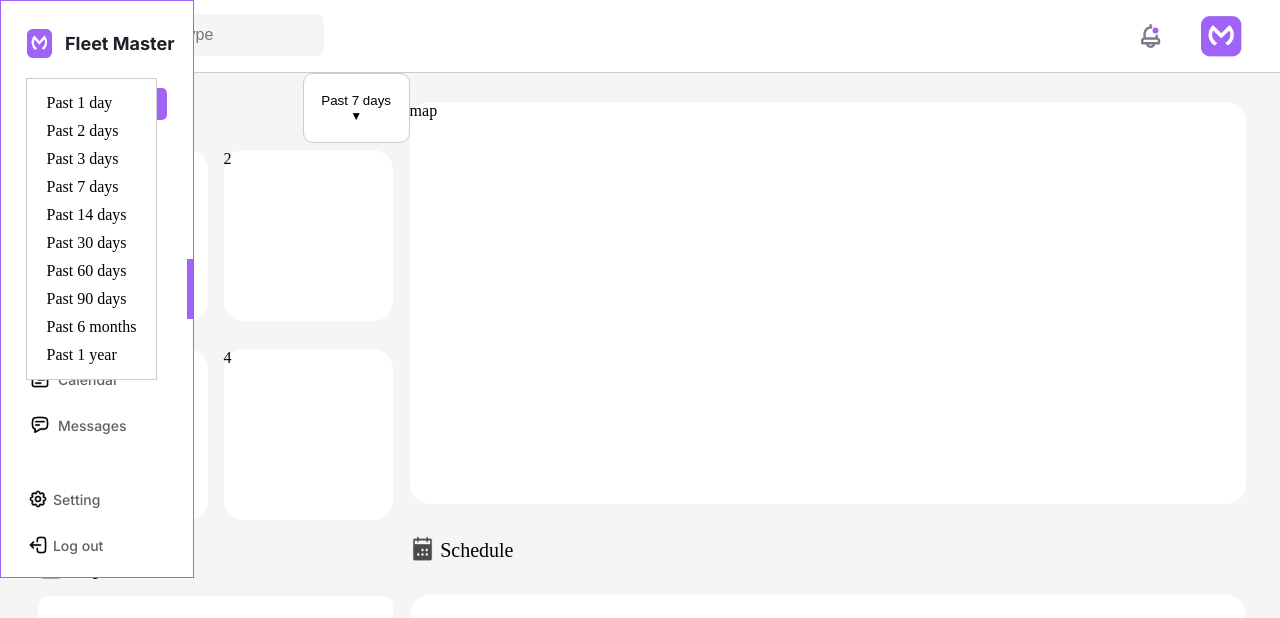
Repository: Designvioux/Car_Managment_System
Page: /, after clicking the first element matching `button.dropdown-button`
An editor plug-in stored every save of this project. The page is shown before and after the next save, followed by the edit.
The browser window is 1280 px wide. The pictures show the whole page.
An inner scrolling area shows only its first screen. The project was rebuilt for these pictures with package versions that can differ from the ones it lists, and the page was loaded fresh each time. Also part of the build but not shown: vite.config.js.

Above is the page before, as saved 2025-05-25 21:11:21.

### index.html
<!doctype html>
<html lang="en">
  <head>
    <meta charset="UTF-8" />
    <link rel="icon" type="image/svg+xml" href="./src/Components/Images/logo.png" />
    <meta name="viewport" content="width=device-width, initial-scale=1.0" />
    <title>Fleet Master</title>
  </head>
  <body>
    <div id="root"></div>
    <script type="module" src="/src/main.jsx"></script>
  </body>
</html>

### src/App.jsx
import { useState } from 'react'

import './App.css'
import { BrowserRouter as Router, Routes ,Route } from 'react-router-dom'

import Main from './Components/MainLayout'
import Home from './Components/Dashboard'


function App() {
  const [count, setCount] = useState(0)

  return (
    <Router>
<Routes>
<Route element={<Main/>}>
<Route path='/' element={<Home/>}/>

</Route>
</Routes>
    </Router>
  )
}

export default App

### src/App.css
html , body{
  margin: 0;
  padding: 0;
  overflow-x: hidden;
  background-color: #F5F5F5;

}

### src/Components/MainLayout.jsx
import React from 'react';
import Dashboard from './DashboardNavbar';
import './CSS/Home.css';
import Search from './Search-top';
import { Outlet } from 'react-router-dom';
const Main = () => {
  return (
    <div className='Main-Container'>
      <div className='dashboard-wrapper'>
        <Dashboard />
      </div>

     <div className='D-MainContent'>
        <div className='search-top'>
          <Search />
        </div>
        {/*here are page components  like home , About ,contact etc are  inserted*/}
<div className='Page-Components'>
  <Outlet/>
</div>
</div>

      </div>

  );
};

export default Main;

### src/Components/Dashboard.jsx
import React , {useState , useRef,useEffect} from 'react';

import './CSS/Home.css';

import stts from './icons/chart-bar-fill.png';
import trip from './icons/list-dashes-fill.png'
import calendar from  './icons/calendar-dots-fill.png'

const Home = () => {

const [isOpen , setIsOpen] = useState(false);
const [selected , setSelected] = useState("Past 7 days")

const dropdownRef= useRef();
  const options = [
    "Past 1 day",
    "Past 2 days",
    "Past 3 days",
    "Past 7 days",
    "Past 14 days",
    "Past 30 days",
    "Past 60 days",
    "Past 90 days",
    "Past 6 months",
    "Past 1 year",
  ];

  const toogleDropdown = () => setIsOpen(prev => !prev);
  const handleSelect = (value) => {
    setSelected(value);
    setIsOpen(false);
  };

  useEffect(() => {
    const handleClickOutside = (e) => {
      if (dropdownRef.current && !dropdownRef.current.contains(e.target)) {
        setIsOpen(false);
      }
    };
    document.addEventListener("mousedown", handleClickOutside);
    return () => document.removeEventListener("mousedown", handleClickOutside);
  }, []);

  return (
    <div className='Dashboard-Container'>


      <div className='main-content'>

        <div className='bottom-cont'>

     <div className='D-heading' ref={dropdownRef}>
      <div className='Stats-head'>

      <h2 className='s-heading'>      <img src={stts} className='sub-icons'></img> Statictics Overview
      </h2>
      <button className='dropdown-button' onClick={toogleDropdown}>  {selected} <span className={`arrow ${isOpen ? "open" : ""}`}>▼</span></button>
      {isOpen && (
        <div className='dropdown-menu'>
          {options.map((option)=>(
            <div
            key={option}
            className='dropdown-item'
            onClick={() => handleSelect(option)}
            >{option}
              </div>
          ))}
        </div>
      )}
      </div>
          <div className='H-left'>

            <div className='Statictics-container'>1</div>
            <div className='Trips-container'>2</div>
            <div className='Statictics-container'>3</div>
            <div className='Trips-container'>4</div>

          </div>
          <div className='Trips-Container'>
          <h2 className='s-heading'>  <img className='sub-icons' src={trip}></img> Trips </h2>
          <div className='Trips-box'>

          </div>

          </div>
          </div>

          <div className='right-side'>
            <div className='Map-container'>map</div>
            <h2 className='s-heading'><img src={calendar} className='sub-icons'></img> Schedule</h2>
            <div className='Schedule-container'></div>
            <div className='CarDriverAva-container'><h2> Car and Driver Availablity</h2></div>

          </div>
        </div>
      </div>
    </div>
  );
};

export default Home;

### src/Components/DashboardNavbar.jsx
import React from 'react'
import "./CSS/DashboardNavbar.css"
import Dboard from './icons/dashboard icon.png'
import Assets from './icons/wheel.png';
import Booking from  './icons/car.png';
import Car from './icons/shop.png';
import BCar from './icons/cart.png';
import Services from './icons/Line.png';
import Calendar from './icons/calendar.png';
import Msg from './icons/msg.png';
import Setting from './icons/setting.png';
import Logout from './icons/logout.png';
import logo from './Images/logo.png'
const Dashboard = () => {

  return (
    <>
  <div className='Hamburger-Container'>
   <div className='left-hamburger'>
   <div className='Logo'><img src={logo} className='logo-img' alt="logo"/><p>Fleet Master</p></div>
    <ul>
       <li><a className='d-board'><img src={Dboard} ></img>Dashboard</a></li>
      <li className='d-list'> <img src={Assets} className='d-icon'></img><a>Assets</a></li>
      <li className='d-list'><img src={Booking} className='d-icon'></img><a>Booking</a></li>
      <li className='d-list'><img src={Car}className='d-icon'></img><a>Sell Cars</a></li>
      <li className='d-list'><img src={BCar} className='d-icon'></img><a>Buy Cars</a></li>
      <li className='d-list'><img src={Services}className='d-icon'></img><a>Services</a></li>
      <li className='d-list'><img src={Calendar}className='d-icon'></img><a>Calendar</a></li>
      <li className='d-list'><img src={Msg}className='d-icon'></img><a>Messages</a></li>
      </ul>




   </div>
   <div className='last-content'>
    <ul>
     <li className='d-list'><img src={Setting} className='l-icon'></img><a>Setting</a></li>
     <li className='d-list'><img src={Logout}className='l-icon'></img>  <a>Log out</a></li>
      </ul>

      </div>

   </div>

      </>

  )


}

export default Dashboard;

### src/Components/CSS/Home.css
 .Dashboard-Container{
  margin: 0;
top: 0;
background-color: #F5F5F5;
height:auto;

display: flex;
flex-direction: column;





}

.Dashboard-left{
  display: flex;
  flex-direction: row;

}

.right-side{
  display: flex;
  flex-wrap: wrap;
  width: 70vw;
  background-color: #F5F5F5;
  height: 90vh;

  padding: 2vh 0vw;
  box-sizing: border-box;



}

.D-heading{
  display: flex;
 flex-direction: column;
  width: 30%;
  background-color: #F5F5F5;
height: auto;
position: relative;
display: inline-block;

  box-sizing: border-box;

}
.D-heading h2{
  margin: 2vh 0vw 1vh 1vw ;
}

.H-left {
  display: flex;
  flex-wrap: wrap;
  width: 100%;
  background-color: #F5F5F5;
  height: 55vh;
  gap: 16px;
  padding: 1vh 1vw;
  box-sizing: border-box;



}


.search-top{



  border-bottom: 1px solid #ccc;

}

.sub-icons{
  height: 4vh;
  width: 2vw;
}
.s-heading{
  display: flex;
  align-items: center;
  color: #000;
  gap: 5px;

font-family: "DM Sans";
font-size: 20px;
font-style: normal;
font-weight: 500;
line-height: 24px; /* 120% */
}

.Statictics-container,
.Trips-container {
  background-color: #fff;
  width: calc(50% - 10px);

  height: 45%;
  box-sizing: border-box;
  border-radius: 20px;
}

.Map-container,
.Schedule-container {
  background-color: #fff;
  width: calc(100% - 60px);
 border-radius: 20px;
  height: 65%;
  box-sizing: border-box;
  margin: 2vh 0vw ;

}
.CarDriverAva-container{
  background-color: #fff;
  width: calc(100% - 60px);
 border-radius: 20px;
  height:45%;
  box-sizing: border-box;


}




.bottom-cont{
  display: flex;
  flex-direction: row;



}




.D-MainContent{
  margin-left:2vw;

  height: auto;
  width: 100vw;


}

.Page-Components{
width: 100vw;

height: auto;

}


.Main-Container {

  height: 100vh;
  width: 100vw;
  overflow: hidden;
  display: flex;
  overflow-y: auto;  /* Make it scrollable vertically */
  overflow-x: hidden; /* Optional, hide horizontal scroll */

}



.dashboard-wrapper {
  width: 2vw; /* collapsed width */
  transition: width 0.3s ease;
  overflow: hidden;
  position: absolute;
  z-index: 10;
  border: 1px solid #A162F7;
}

.dashboard-wrapper:hover {
  width: 15vw; /* expanded width */
}

/* Add this if you want a hover-tab always visible */
.dashboard-wrapper::after {
  content: '';
  position: absolute;
  top: 50%;
  right: 0;
  transform: translateY(-50%);
  width: 6px;
  height: 60px;
  background: var(--primary-purple, #A162F7);
  cursor: pointer;

}

.Trips-container{
  display: flex;
  flex-direction: column;
}

.Trips-box{
  width: calc(95% - 10px);
  height: 100vh;
  background-color: #fff;

  margin: 2vh 1vw;
  border-radius:10px ;
}






.dropdown-button {

  background-color: #fff;
  border: 1px solid #ccc;
  cursor: pointer;
 border-radius:10px ;
  padding: 0.5vh 1vw;
}

.dropdown-menu {
  position: absolute;
  background: white;
  border: 1px solid #ccc;
  z-index: 100;
  padding: 10px;
  margin-top: 5px;
}

.dropdown-item {
  padding: 5px 10px;
  cursor: pointer;
}

.dropdown-item:hover {
  background-color: #f0f0f0;
}


.arrow {
  transition: transform 0.3s ease;
  font-size: 12px;
}

.arrow.open {
  transform: rotate(180deg);
}

.Stats-head{
  display:flex;
  flex-direction: row;
  gap:7vw;
}

### src/Components/Search-top.jsx
import React from 'react'
import './CSS/Search.css'
import fleet from './Images/logo.png'

const Search =()=>{

  return(


  <div className='search-bar'>
<div className="left-bar">
  <div className="search-sec">
  <svg xmlns="http://www.w3.org/2000/svg" width="20" height="20" viewBox="0 0 20 20" fill="none" className='search-icon'>
<path d="M19.7192 18.3126L16.0114 14.6326C17.4506 12.837 18.1476 10.5578 17.959 8.26385C17.7705 5.96985 16.7106 3.83533 14.9975 2.2992C13.2844 0.763058 11.0481 -0.0579377 8.74862 0.00502273C6.44911 0.0679831 4.26109 1.01011 2.63448 2.63769C1.00786 4.26527 0.066292 6.45459 0.00336896 8.75548C-0.059554 11.0564 0.760954 13.2939 2.29618 15.0081C3.83141 16.7222 5.96466 17.7827 8.25729 17.9714C10.5499 18.1601 12.8277 17.4627 14.6222 16.0226L18.3 19.7026C18.3929 19.7963 18.5035 19.8707 18.6253 19.9214C18.747 19.9722 18.8777 19.9984 19.0096 19.9984C19.1415 19.9984 19.2722 19.9722 19.3939 19.9214C19.5157 19.8707 19.6263 19.7963 19.7192 19.7026C19.8993 19.5161 20 19.2669 20 19.0076C20 18.7482 19.8993 18.499 19.7192 18.3126ZM9.01554 16.0226C7.63189 16.0226 6.27932 15.612 5.12886 14.8428C3.9784 14.0737 3.08172 12.9804 2.55223 11.7013C2.02273 10.4223 1.88419 9.01479 2.15412 7.65692C2.42406 6.29905 3.09035 5.05177 4.06873 4.0728C5.04712 3.09384 6.29366 2.42715 7.65072 2.15706C9.00778 1.88696 10.4144 2.02558 11.6927 2.5554C12.9711 3.08521 14.0637 3.98242 14.8324 5.13356C15.6011 6.2847 16.0114 7.63808 16.0114 9.02255C16.0114 10.8791 15.2743 12.6595 13.9623 13.9723C12.6504 15.2851 10.871 16.0226 9.01554 16.0226Z" fill="#7C7C8D"/>
</svg>
    <input
      type="search"
      placeholder="Search for a Type"
      className="search-input"
    />
  </div>
</div>

    <div className='right-cont'> <svg xmlns="http://www.w3.org/2000/svg" width="20" height="24" viewBox="0 0 20 24" fill="none">
<path d="M16.8 13.449V9.62358C16.7983 7.91915 16.1949 6.27033 15.0967 4.9691C13.9986 3.66788 12.4765 2.79823 10.8 2.51416V1.20295C10.8 0.883906 10.6736 0.577931 10.4485 0.352335C10.2235 0.126739 9.91826 0 9.6 0C9.28174 0 8.97651 0.126739 8.75147 0.352335C8.52643 0.577931 8.4 0.883906 8.4 1.20295V2.51416C6.72353 2.79823 5.20143 3.66788 4.10326 4.9691C3.0051 6.27033 2.40172 7.91915 2.4 9.62358V13.449C1.69974 13.6971 1.0932 14.1564 0.663526 14.7637C0.233854 15.371 0.00208741 16.0967 0 16.8413V19.2472C0 19.5662 0.126428 19.8722 0.351472 20.0978C0.576516 20.3234 0.88174 20.4501 1.2 20.4501H4.968C5.24434 21.4694 5.8476 22.3693 6.68471 23.0109C7.52183 23.6524 8.54627 24 9.6 24C10.6537 24 11.6782 23.6524 12.5153 23.0109C13.3524 22.3693 13.9557 21.4694 14.232 20.4501H18C18.3183 20.4501 18.6235 20.3234 18.8485 20.0978C19.0736 19.8722 19.2 19.5662 19.2 19.2472V16.8413C19.1979 16.0967 18.9661 15.371 18.5365 14.7637C18.1068 14.1564 17.5003 13.6971 16.8 13.449ZM4.8 9.62358C4.8 8.34741 5.30571 7.12351 6.20589 6.22113C7.10606 5.31874 8.32696 4.81179 9.6 4.81179C10.873 4.81179 12.0939 5.31874 12.9941 6.22113C13.8943 7.12351 14.4 8.34741 14.4 9.62358V13.2324H4.8V9.62358ZM9.6 21.6531C9.18117 21.6505 8.77029 21.5381 8.4082 21.3271C8.04611 21.1161 7.74541 20.8137 7.536 20.4501H11.664C11.4546 20.8137 11.1539 21.1161 10.7918 21.3271C10.4297 21.5381 10.0188 21.6505 9.6 21.6531ZM16.8 18.0442H2.4V16.8413C2.4 16.5222 2.52643 16.2162 2.75147 15.9906C2.97652 15.7651 3.28174 15.6383 3.6 15.6383H15.6C15.9183 15.6383 16.2235 15.7651 16.4485 15.9906C16.6736 16.2162 16.8 16.5222 16.8 16.8413V18.0442Z" fill="#7C7C8D"/>
<circle cx="14.5" cy="6.5" r="3.75" fill="#A162F7" stroke="white" strokeWidth="1.5"/>
</svg><img className='profile' src={fleet} alt="profile"></img></div>
  </div>

)
}
export default Search;

### src/Components/CSS/DashboardNavbar.css

@import url('https://fonts.googleapis.com/css2?family=Inter:wght@400;500;600;700&display=swap');



.Hamburger-Container {
  margin: 0;
  padding: 0;
  background-color: #fff; /* fixed from #ffff */
  font-family: "Inter";
  height: 80vh;
  width: 15vw;
  display: flex;
  flex-direction: column; /* vertical layout */

}
.Logo{
  display: flex;
  flex-direction: row;
  align-items: center;
  margin-left: 2vw;
  margin: 2vh 0vw 0vh 2vw;

}
.logo-img{

  display: flex;

  flex-direction: column;
  align-items: flex-start;
  gap: 10px;
  height: 4vh;
  width:2vw;


  border-radius: 6px;
background: var(--primary-purple, #A162F7);
}
.Logo p{

  margin-left: 1vw;
  display: flex;
  align-items: center;
  align-content: center;
  color: var(--gray-Dark, #1F2128);

font-size: 18px;
font-style: normal;
font-weight: 700;
line-height: normal;

}

.Hamburger-Container ul  {
  text-decoration: none;
 list-style: none;
 display: flex;
 flex-direction: column;
 gap: 2vh;

 padding: 0 2vw;

}

.Hamburger-Container ul li{

color: var(--gray-dark-2, #5F6165);
/* tittle/14 M */

font-size: 14px;
font-style: normal;
font-weight: 500;
line-height: normal;
display: flex;
flex-direction: row;
gap: 0.3vw;
}

.Hamburger-Container ul li a{
  display: flex;
  align-items: center;
}
.last-content  {
  display: flex;
  margin: 0;
  margin-top: auto; /* push this to the bottom */
  flex-direction: column;
}

.last-content ul li a{
display: flex;
align-items: center;

}
.d-icon{
  display: flex;
width: 20px;
height: 20px;
padding: 0vh 0.3vw;
justify-content: center;
align-items: center;

}
.l-icon{
  display: flex;
  width: 20px;
  height: 20px;
  padding: 0vh 0.1vw;
  justify-content: center;
  align-items: center;
}

.d-board{

background: #A162F7;
color: white;
padding: 0.8vh 0.5vw;
border-radius: 0.4vw;
color: #FFF;
gap: 0.5vw;
width: 80vw;
cursor: pointer;

font-family: "DM Sans";
font-size: 14px;
font-style: normal;
font-weight: 500;
line-height: normal;
}



.d-list {
  display: flex;
  align-items: center;
  gap: 10px;
  padding: 0.8vh 0vw;
cursor: pointer;
  border-radius: 5px;
  transition: all 0.3s ease;
}

.d-list .l-icon,
.d-list .d-icon {
  width: 20px;
  height: 20px;
  filter: brightness(0) saturate(100%); /* Initial black */
  transition: filter 0.3s ease;
}

.d-list:hover {
  background-color: #A162F7;
  color: white;
  cursor: pointer;
}

.d-list:hover .l-icon,
.d-list:hover .d-icon {
  filter: invert(1) brightness(1000%); /* Turns icon white */
}

### src/Components/CSS/Search.css
.search-bar{
  height: 10vh;
  background-color: #ffff;
  display: flex;
  flex-direction: row;
  margin-left: 0.2vw;
  border-radius: 5px;


}

.right-cont{
  display: flex;
margin-left: auto;
  gap: 40px;
align-items: center;

  margin-right: 5%;

}


.left-bar{
  margin: 2vh;
}

.search-sec {
  display: flex;
  align-items: center;
  background: #f5f4f6;
  border-radius: 8px;
  padding: 1.5vh 1vw;
width: 20vw;
  gap: 10px;
}

.search-icon {
  flex-shrink: 0;
  fill: var(--gray-dark-4, #7C7C8D);
  width: 20px;
height: 19.997px;
cursor: pointer;
}

.search-input {
  border: none;
  outline: none;
  background: transparent;
  font-size: 16px;
  width: 100%;
}

Loaded but not shown: src/main.jsx (common file); src/index.css (no stored copy; drawn as an empty file)

After the next save:
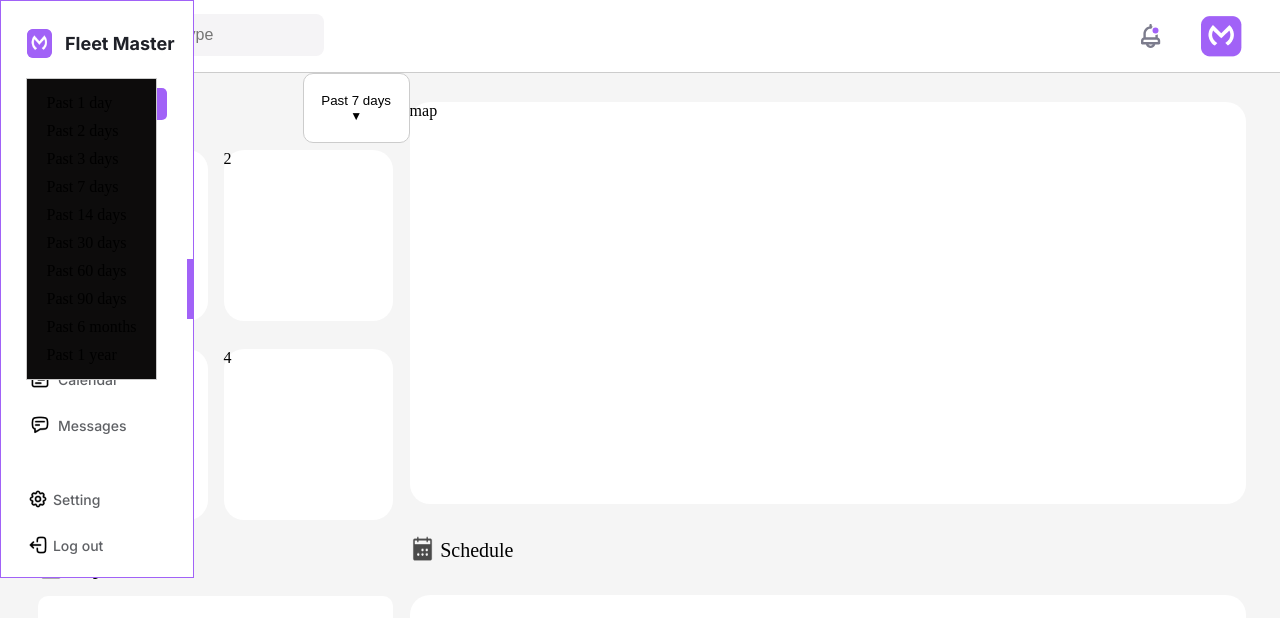
Saved 11 s later.
--- a/src/Components/CSS/Home.css
+++ b/src/Components/CSS/Home.css
@@ -220,7 +220,7 @@
 
 .dropdown-menu {
   position: absolute;
-  background: white;
+  background: rgb(13, 12, 12);
   border: 1px solid #ccc;
   z-index: 100;
   padding: 10px;

After the save that followed:
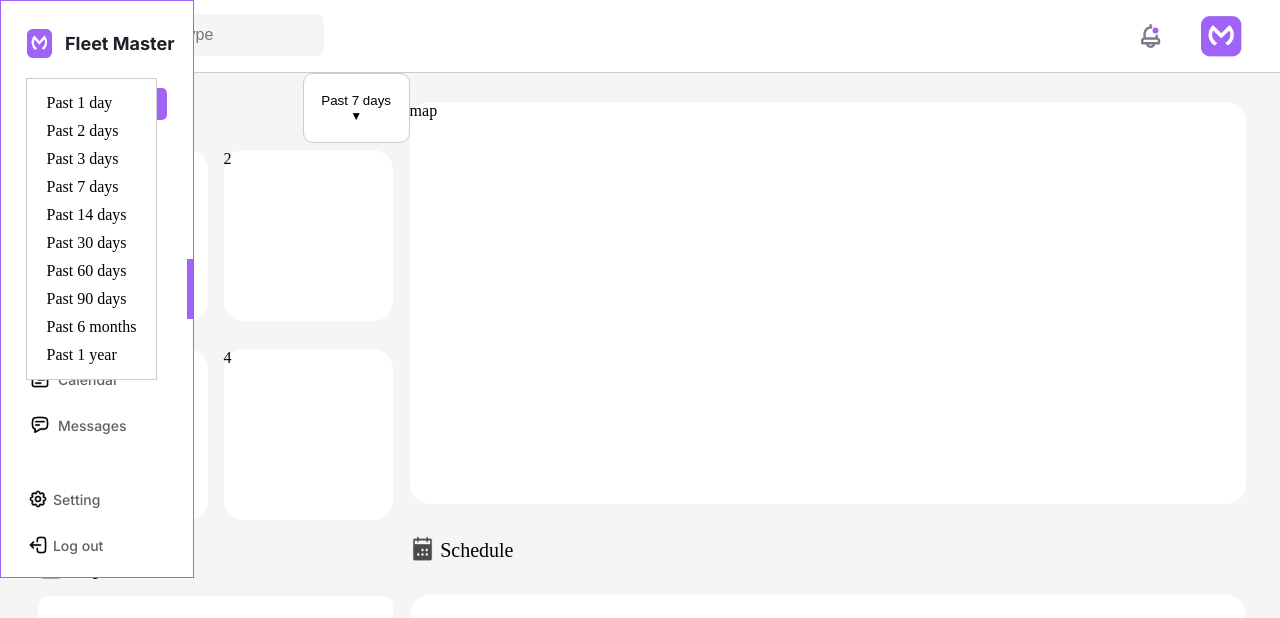
Saved 6 s later.
--- a/src/Components/CSS/Home.css
+++ b/src/Components/CSS/Home.css
@@ -220,7 +220,7 @@
 
 .dropdown-menu {
   position: absolute;
-  background: rgb(13, 12, 12);
+  background: white;
   border: 1px solid #ccc;
   z-index: 100;
   padding: 10px;
